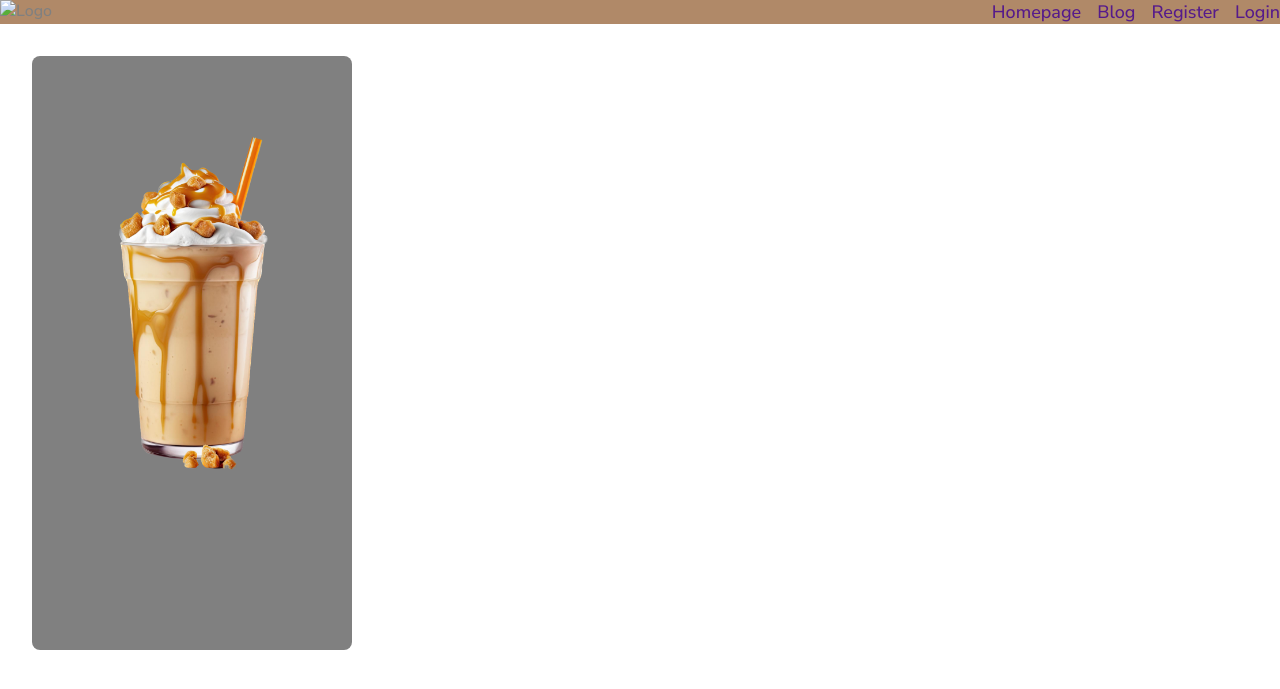
Repository: liviamucioniu/Coffee-Shop-Website
Page: index.html
The author's editor kept a copy of each file at every save. The page is drawn from the files as they stood at one save, then again after the next save.
The browser window is 1280 px wide. The pictures show the whole page.

Above is the page before, as saved 2023-10-20 16:57:08.

After the next save:
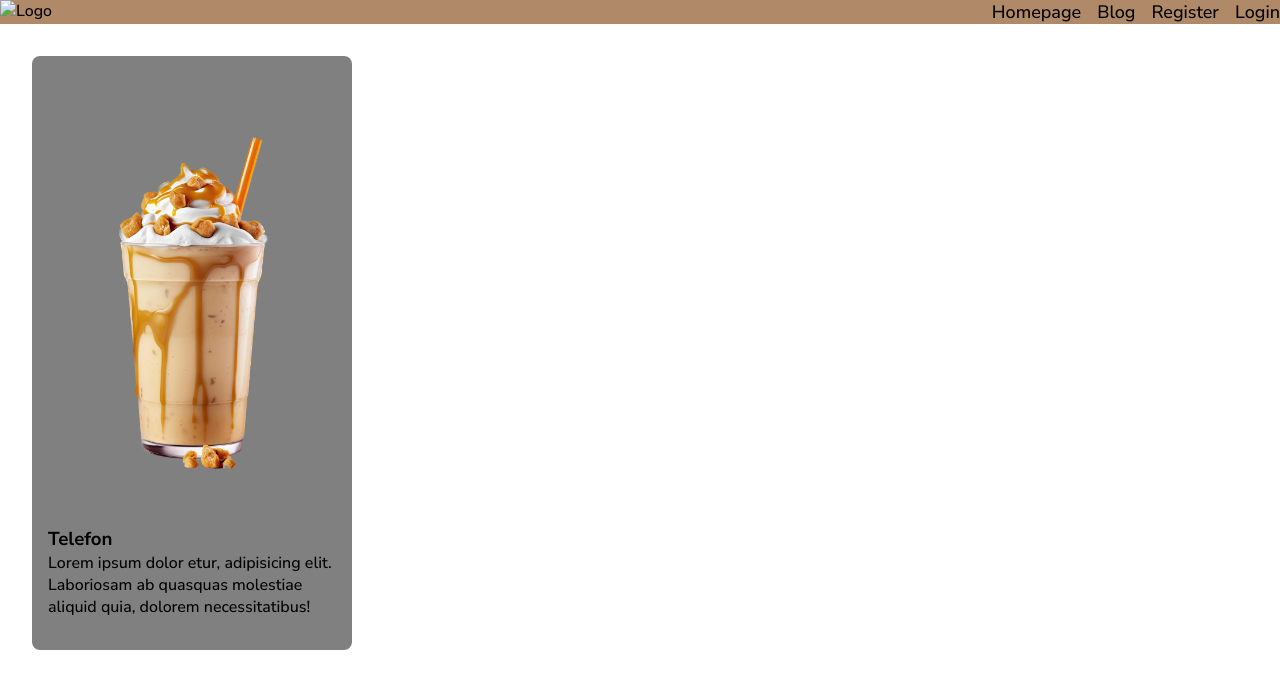
Saved 24 s later.
--- a/styles.css
+++ b/styles.css
@@ -21,7 +21,7 @@ html {
 }
 
 body {
-    color: gray;
+    color: var();
     font-family: "Nunito Sans", sans-serif;
 }
 
@@ -47,7 +47,7 @@ body {
 #header .navigation .link {
     font-size: 1.125rem;
     text-decoration: none;
-    color: ;
+    color: var(--color-light);
 }
 
 #header .navigation .link:hover {
